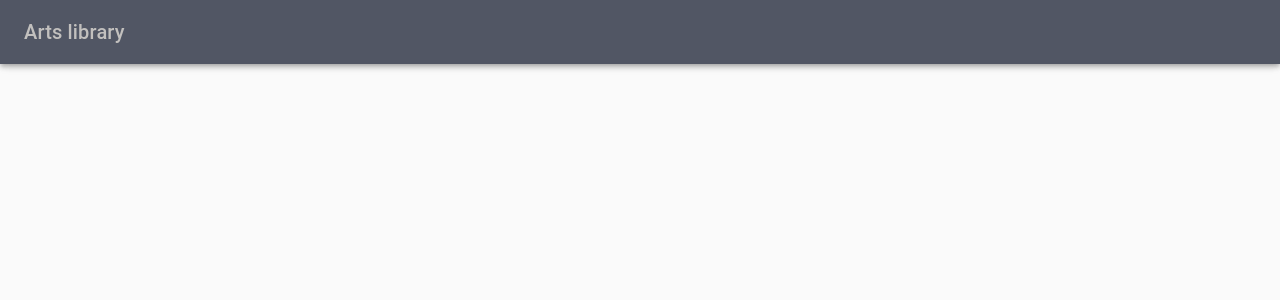
Repository: milosKomiRajkovic94/library-of-known-art
Page: /
These files come from the project's save history. The page is drawn as it stood at one moment and after the next save; the edit follows.
The browser window is 1280 px wide. The pictures show the whole page.
The project was rebuilt for these pictures with package versions that can differ from the ones it lists, and the page was loaded fresh each time.

Above is the page before, as saved 2020-03-05 10:44:05.

### src/index.js
import React from 'react';
import ReactDOM from 'react-dom';
import './scss/index.scss';
import App from './App';
import * as serviceWorker from './serviceWorker';
import { Provider } from 'react-redux';
import configureStore from './store';

const store = configureStore();

ReactDOM.render(
    <Provider
        store={store}
    >
        <App />
    </Provider>,
document.getElementById('root'));

// If you want your app to work offline and load faster, you can change
// unregister() to register() below. Note this comes with some pitfalls.
// Learn more about service workers: https://bit.ly/CRA-PWA
serviceWorker.unregister();

### src/scss/index.scss
@font-face{
    font-family: SourceSansPro-Regular;
    src: url('./SourceSansPro-Regular.otf') format('opentype')
}

html{
    height: 100%;
}

body{
    font-family: SourceSansPro-Regular;
    margin: 0px;
    height: 100%;
}

#root{
    height: 100%;
    width: 100%;
}

@import 'header';

### src/App.js
import React from 'react';

import  {
  createMuiTheme,
  ThemeProvider
} from '@material-ui/core/styles';

import Toolbar from '@material-ui/core/Toolbar';

import CssBaseline from '@material-ui/core/CssBaseline';

import HeaderContainer from './components/HeaderComponents/HeaderContainer';

class App extends React.Component{

  render(){

    const theme = createMuiTheme({
      typeography: {
        fontFamily: 'SourceSansPro-Regular'
      }
    })

    return(
      <ThemeProvider
        theme={theme}
      >
        <CssBaseline />
        <HeaderContainer />
        <Toolbar />
      </ThemeProvider>
    )
  }

}


export default App;

### src/store.js
import {createStore, applyMiddleware} from 'redux';

import thunk from 'redux-thunk';

import rootReducer from './reducers';

import logger from 'redux-logger';

export default function configureStore(){
    return createStore(
        rootReducer,
        process.env.NODE_ENV === 'production' && window.devToolsExtension ?
        applyMiddleware(thunk)
        :
        applyMiddleware(thunk, logger),
        //window.__REDUX_DEVTOOLS_EXTENSION__ && window.__REDUX_DEVTOOLS_EXTENSION__())
    )
}

### src/scss/_header.scss
.MuiToolbar-root.MuiToolbar-regular.toolbar.MuiToolbar-gutters {
    background-color: #515664;
    color: #C2C0BE;
}

### src/components/HeaderComponents/HeaderContainer.js
import React from 'react';

import AppBar from '@material-ui/core/AppBar';

import Toolbar from '@material-ui/core/Toolbar';

import Typography from '@material-ui/core/Typography';

class HeaderContainer extends React.Component{

    render(){
        return(
            <AppBar
                position={'fixed'}
                className={'appBar'}
            >
                <Toolbar
                    className={'toolbar'}
                >
                    <Typography
                        variant={'h6'}
                        display={'block'}
                    >
                        Arts library
                    </Typography>
                </Toolbar>
            </AppBar>
        )
    }
}

export default HeaderContainer;

### src/reducers/index.js
import{
    combineReducers
} from 'redux';

export default combineReducers({

})

Loaded but not shown: public/index.html (common file); src/serviceWorker.js (common file)

After the next save:
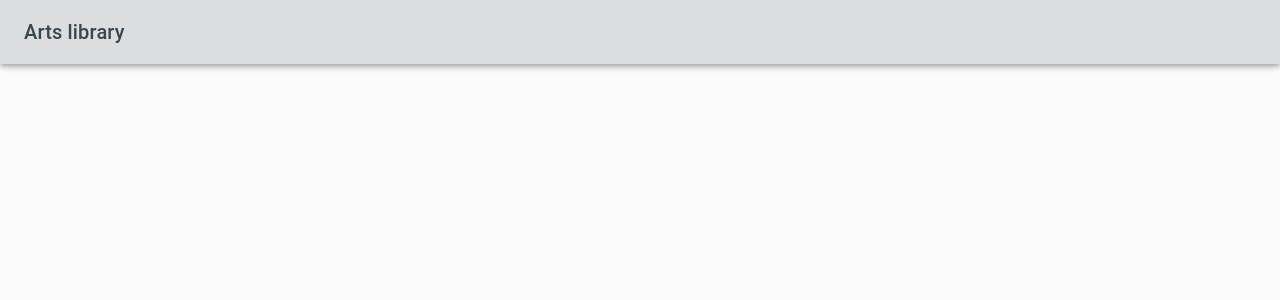
Saved 33 s later.
--- a/src/scss/_header.scss
+++ b/src/scss/_header.scss
@@ -1,4 +1,4 @@
 .MuiToolbar-root.MuiToolbar-regular.toolbar.MuiToolbar-gutters {
-    background-color: #515664;
-    color: #C2C0BE;
+    background-color: #DCDDDF;
+    color: #36474F;
 }
